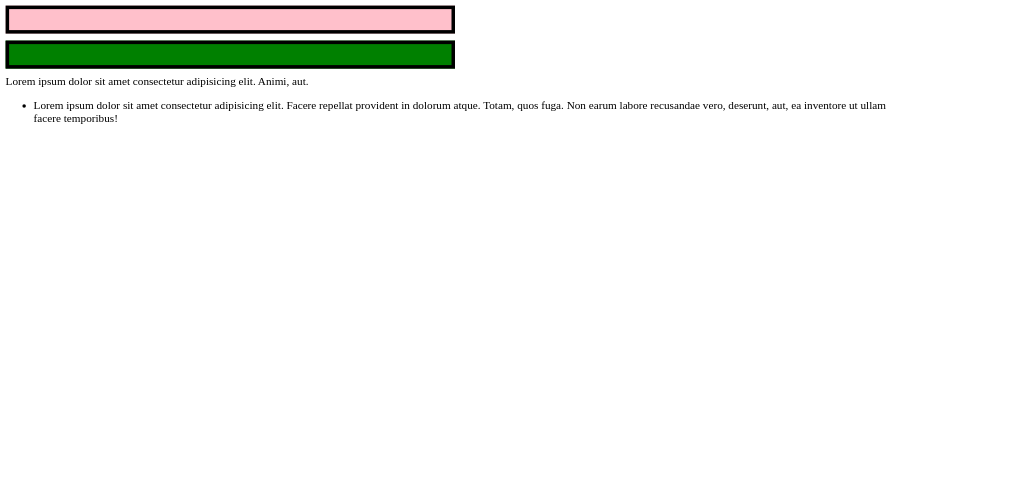
Repository: kerudai/julTest
Page: test.html
The author's editor kept a copy of each file at every save. The page is drawn from the files as they stood at one save, then again after the next save.
The browser window is 1280 px wide. The page is 1280 px wide, then 1465 px, then 1280 px, so the pictures cover 1465 px, including what lies to the right of the window. The pictures show the part of the page from y = 0 to 1680 px (the page is 720 px tall before and 3488 px after), at 70% of full size.

Above is the page before, as saved 2020-07-28 16:29:35.

After the next save:
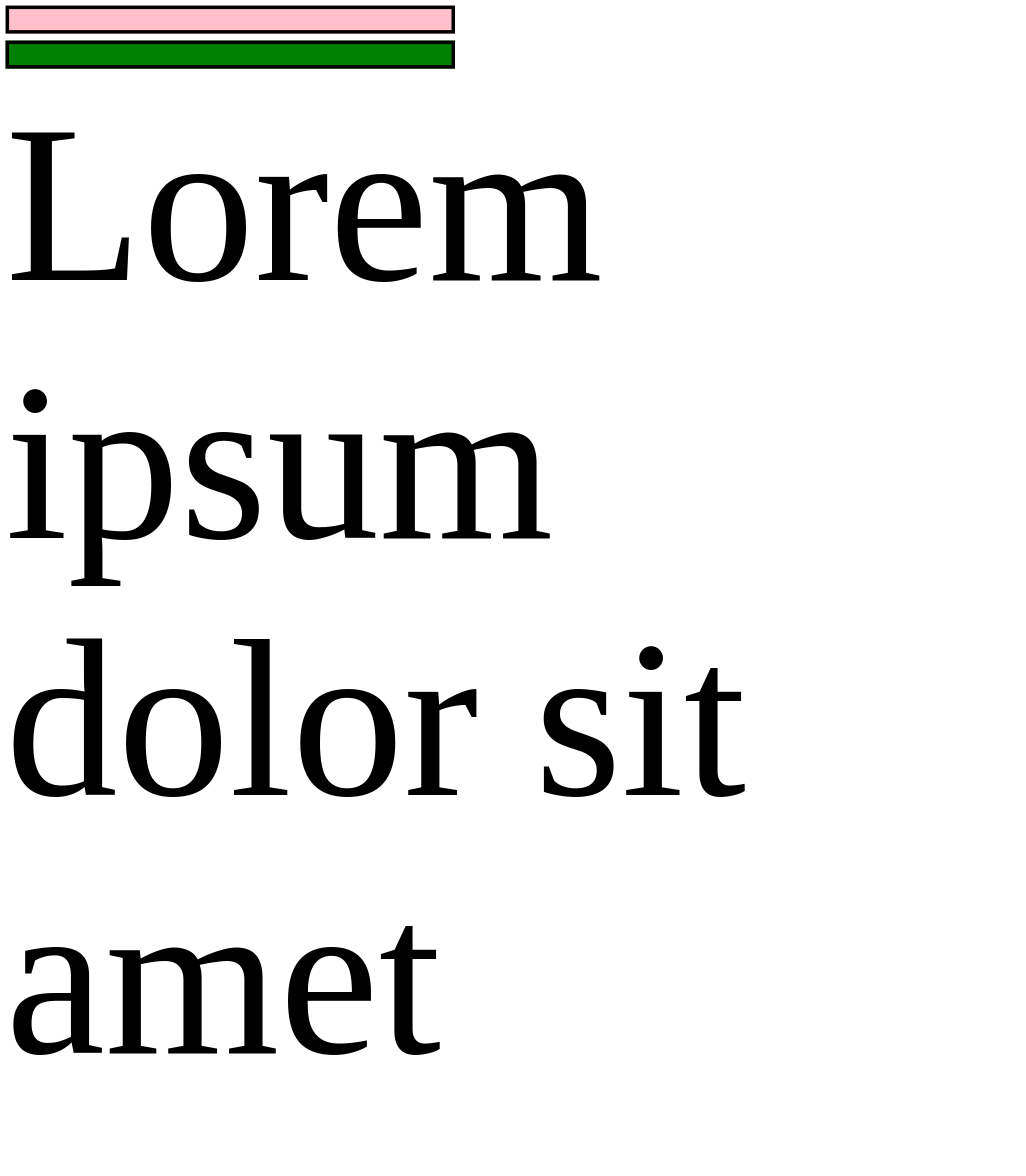
Saved 48 s later.
--- a/test.html
+++ b/test.html
@@ -23,6 +23,10 @@
         .box.red {
             background-color: pink;
         }
+
+        .rem {
+            font-size: 20rem;
+        }
     </style>
 </head>
 <body>

After the save that followed:
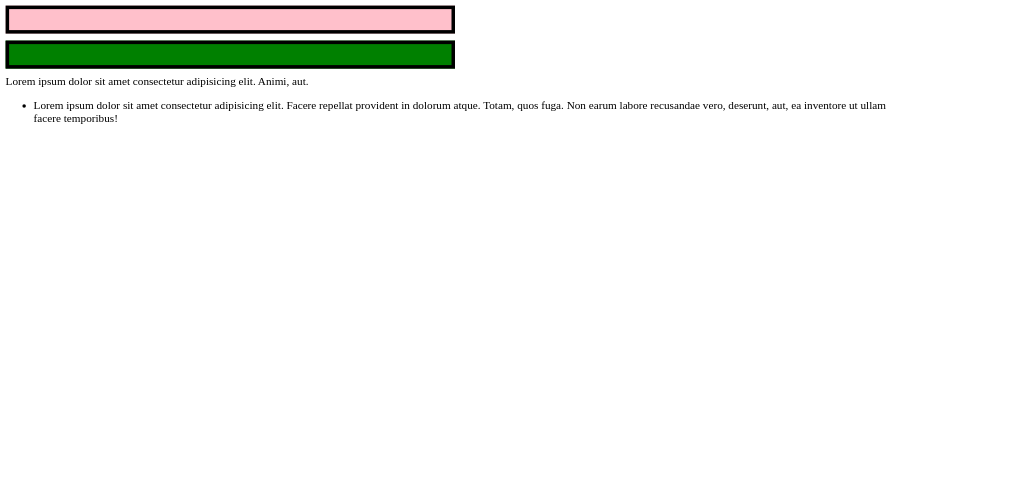
Saved 100 s later.
--- a/test.html
+++ b/test.html
@@ -25,7 +25,7 @@
         }
 
         .rem {
-            font-size: 20rem;
+            font-size: 1rem;
         }
     </style>
 </head>
